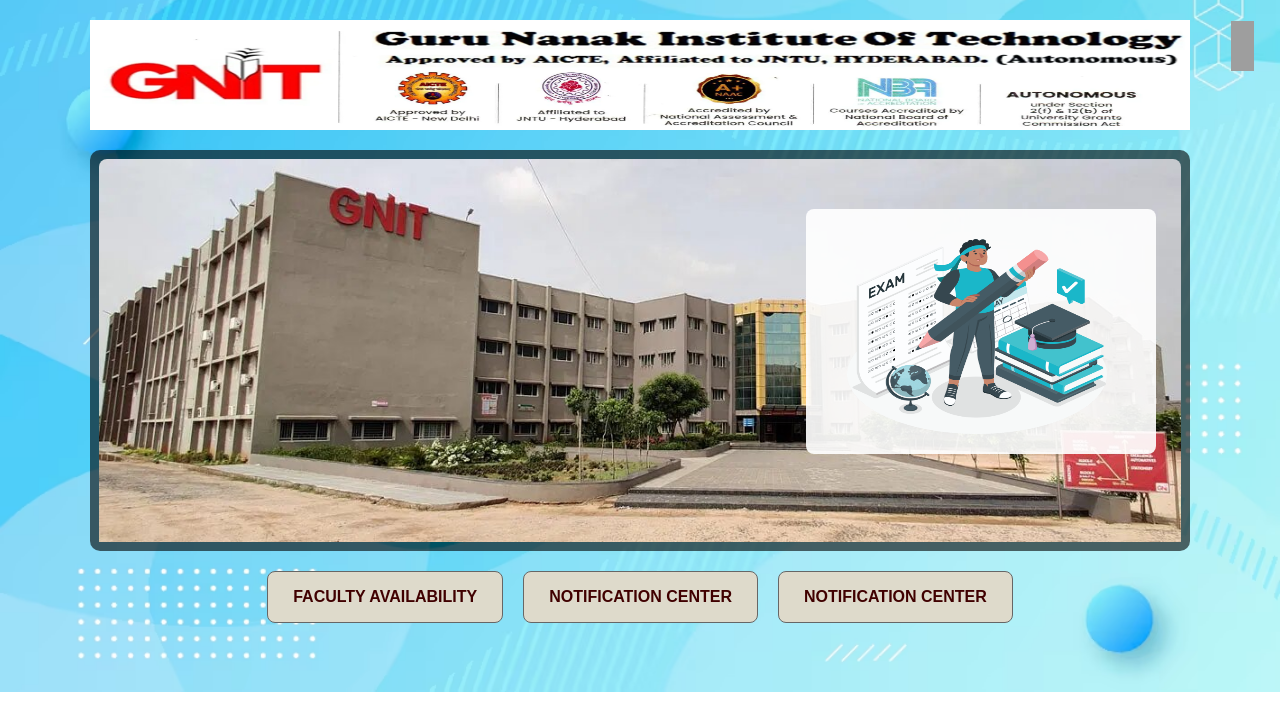
Repository: User-Krishna/Optimized-Exam-Duty-Allocation-With-Smart-Invigilation-Scheduler
Page: MiniProject/src/main/webapp/landing2.html
The author's editor kept a copy of each file at every save. The page is drawn from the files as they stood at one save, then again after the next save.
The browser window is 1280 px wide. The pictures show the whole page.
Pictures or frames that could not be fetched are drawn as grey boxes.

Above is the page before, as saved 2024-11-16 05:17:37.

After the next save:
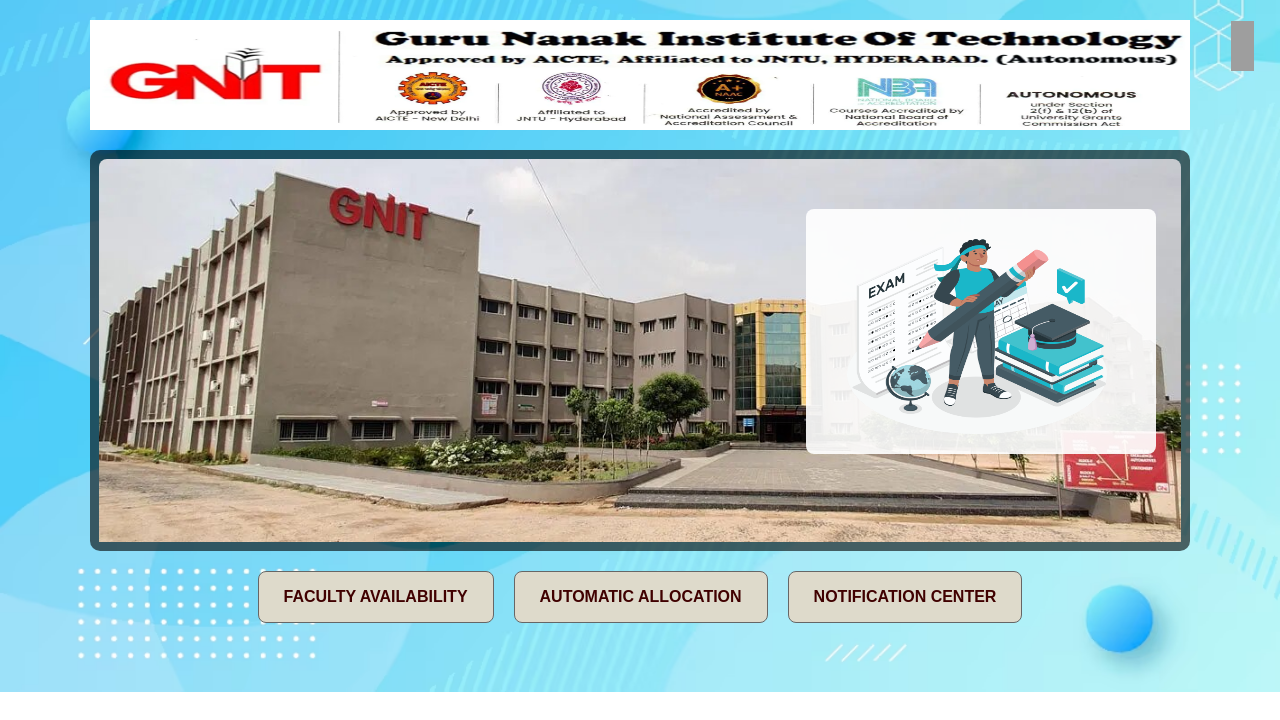
Saved 43 s later.
--- a/MiniProject/src/main/webapp/landing2.html
+++ b/MiniProject/src/main/webapp/landing2.html
@@ -142,7 +142,7 @@
     </div>
     <ul id="slide-tabs">
           <li><a href="faculty-availability2.jsp">Faculty Availability</a></li>
-          <li><a href="notification-center.jsp">Notification Center</a></li>
+          <li><a href="faculty-allocation-form.jsp">Automatic Allocation</a></li>
           <li><a href="notification-center.jsp">Notification Center</a></li>
 
     </ul>
